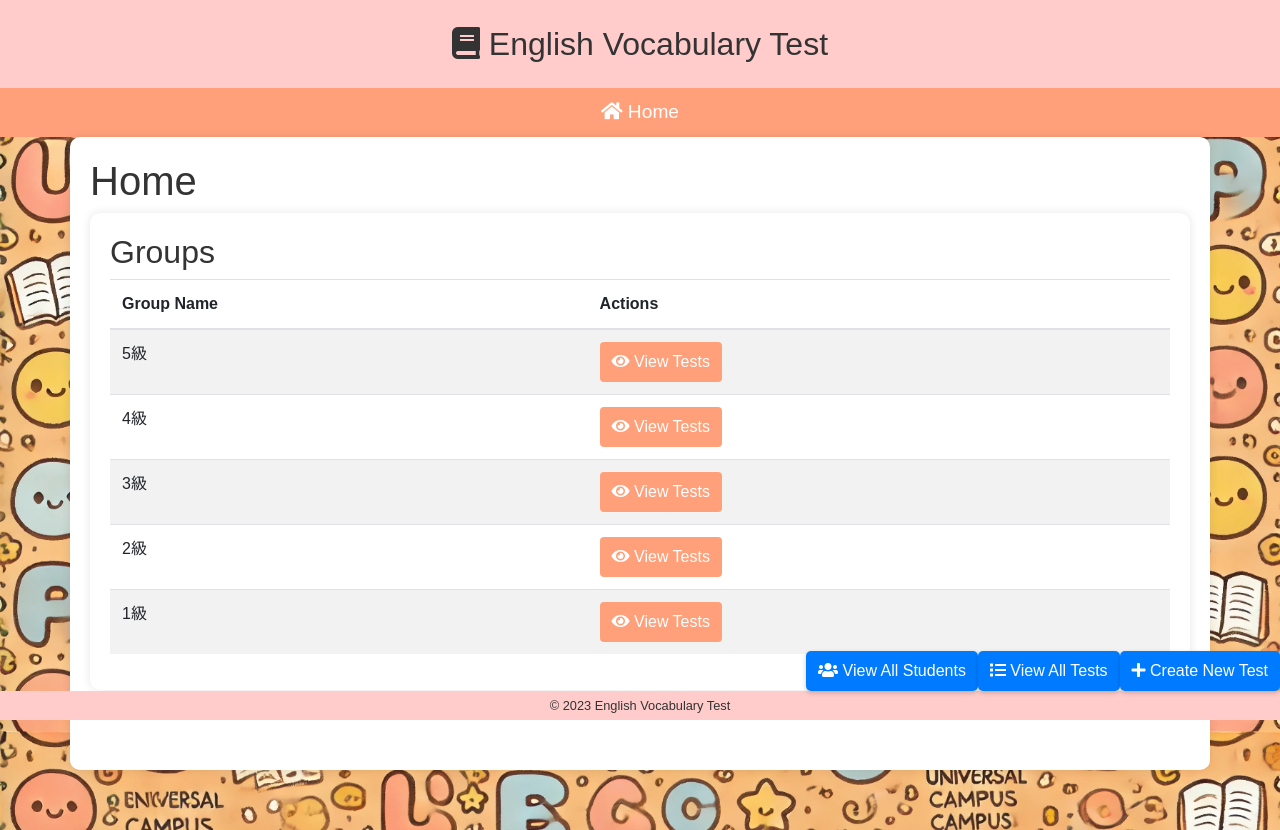
Repository: YamatoGH/testapp
Page: http://localhost/
The author's editor kept a copy of each file at every save. The page is drawn from the files as they stood at one save, then again after the next save.
The browser window is 1280 px wide. The pictures show the whole page.
Backgrounds fixed to the window are drawn as part of the page. The page is served by the project's application, run on Django 5.2 (manage.py). Other server files are loaded and not shown. The page reads the database file committed with the project.

Above is the page before, as saved 2024-08-01 17:56:39.

### testapp/templates/testapp/home.html
{% extends "testapp/base.html" %}

{% block title %}Home{% endblock %}

{% block content %}
<h1>Home</h1>

<div class="container">
    {% if groups %}
        <h2>Groups</h2>
        <table class="table table-striped table-hover">
            <thead>
                <tr>
                    <th>Group Name</th>
                    <th>Actions</th>
                </tr>
            </thead>
            <tbody>
                {% for group in groups %}
                <tr>
                    <td>{{ group.name }}</td>
                    <td>
                        <a href="{% url 'group_tests' group.id %}" class="btn btn-custom"><i class="fas fa-eye"></i> View Tests</a>
                    </td>
                </tr>
                {% endfor %}
            </tbody>
        </table>
    {% else %}
        <p>No groups available.</p>
    {% endif %}
</div>

<div class="fixed-buttons">
    <a href="{% url 'student_list' %}" class="btn btn-custom view-all-students-button"><i class="fas fa-users"></i> View All Students</a>
    <a href="{% url 'all_tests' %}" class="btn btn-custom all-tests-button"><i class="fas fa-list"></i> View All Tests</a>
    <a href="{% url 'create_test_from_file' %}" class="btn btn-custom create-test-button"><i class="fas fa-plus"></i> Create New Test</a>
</div>
{% endblock %}

### testapp/templates/testapp/base.html
<!DOCTYPE html>
<html>
<head>
    {% load static %}
    <title>{% block title %}English Vocabulary Test{% endblock %}</title>
    <link rel="stylesheet" href="https://stackpath.bootstrapcdn.com/bootstrap/4.3.1/css/bootstrap.min.css">
    <link rel="stylesheet" href="https://cdnjs.cloudflare.com/ajax/libs/font-awesome/5.15.3/css/all.min.css">
    <link rel="stylesheet" type="text/css" href="{% static 'testapp/css/style.css' %}">
</head>
<body>
    <header>
        <i class="fas fa-book"></i> English Vocabulary Test
    </header>
    <nav>
        <a href="{% url 'home' %}"><i class="fas fa-home"></i> Home</a>
    </nav>
    <div class="container">
        {% block content %}{% endblock %}
    </div>
    <footer>
        &copy; 2023 English Vocabulary Test
    </footer>
</body>
<script>
    document.addEventListener("DOMContentLoaded", function() {
        var coll = document.getElementsByClassName("collapsible");
        for (var i = 0; i < coll.length; i++) {
            coll[i].addEventListener("click", function() {
                this.classList.toggle("active");
                var content = this.nextElementSibling;
                if (content.style.display === "block") {
                    content.style.display = "none";
                } else {
                    content.style.display = "block";
                }
            });
        }
    });
</script>
</html>

### testapp/models.py
from django.db import models

class Group(models.Model):
    name = models.CharField(max_length=100)

    def __str__(self):
        return self.name

class Test(models.Model):
    name = models.CharField(max_length=100)
    group = models.ForeignKey(Group, on_delete=models.CASCADE, related_name='tests', null=True)

    def __str__(self):
        return self.name

class Word(models.Model):
    test = models.ForeignKey(Test, related_name='words', on_delete=models.CASCADE)
    word = models.CharField(max_length=100)
    meaning = models.CharField(max_length=255)

class Student(models.Model):
    name = models.CharField(max_length=100)
    test_group = models.ForeignKey('Group', on_delete=models.SET_NULL, null=True, blank=True)
    current_test = models.ForeignKey('Test', on_delete=models.SET_NULL, null=True, blank=True)
    start_index = models.IntegerField(default=0)
    last_index = models.IntegerField(default=0)
    last_saved = models.DateTimeField(auto_now=True)
    note = models.TextField(blank=True, null=True)
    shuffle = models.CharField(max_length=3, choices=[('yes', 'Yes'), ('no', 'No')], default='no')

    def __str__(self):
        return self.name

### testapp/views.py
import pandas as pd
from django.shortcuts import render, get_object_or_404, redirect
from django.contrib import messages
from .models import Test, Word, Student, Group
from .forms import TestForm, WordForm, StudentDetailForm, UploadFileForm
import random
from django.forms import formset_factory

def home(request):
    groups = Group.objects.all()
    return render(request, 'testapp/home.html', {'groups': groups})
def create_test_from_file(request):
    if request.method == 'POST':
        form = TestForm(request.POST, request.FILES)
        upload_form = UploadFileForm(request.POST, request.FILES)
        if form.is_valid() and upload_form.is_valid():
            test_name = form.cleaned_data['name']
            group = form.cleaned_data['group']
            file = request.FILES['file']
            if file.name.endswith('.csv'):
                data = pd.read_csv(file)
            elif file.name.endswith('.xlsx'):
                data = pd.read_excel(file)
            else:
                messages.error(request, "Unsupported file format")
                return redirect('create_test_from_file')

            test = Test.objects.create(name=test_name, group=group)

            for _, row in data.iterrows():
                Word.objects.create(test=test, word=row['word'], meaning=row['meaning'])

            messages.success(request, "Test created successfully")
            return redirect('test_detail', pk=test.id)
    else:
        form = TestForm()
        upload_form = UploadFileForm()

    return render(request, 'testapp/create_test_from_file.html', {'form': form, 'upload_form': upload_form})
def test_detail(request, pk):
    test = get_object_or_404(Test, pk=pk)
    words = test.words.all()
    return render(request, 'testapp/test_detail.html', {'test': test, 'words': words})

def all_tests(request):
    tests = Test.objects.all()
    return render(request, 'testapp/all_tests.html', {'tests': tests})

def print_test(request, pk, start_index, end_index, shuffle):
    test = get_object_or_404(Test, pk=pk)
    words = list(test.words.all())
    if shuffle == 'yes':
        random.shuffle(words)
    words = words[start_index:end_index]
    return render(request, 'testapp/print_test.html', {'test': test, 'words': words})

def print_test_with_answers(request, pk, start_index, end_index, shuffle):
    test = get_object_or_404(Test, pk=pk)
    words = list(test.words.all())
    if shuffle == 'yes':
        random.shuffle(words)
    words = words[start_index:end_index]
    return render(request, 'testapp/print_test_with_answers.html', {'test': test, 'words': words})

def add_student(request):
    if request.method == 'POST':
        form = StudentDetailForm(request.POST)
        if form.is_valid():
            form.save()
            return redirect('student_list')
        else:
            messages.error(request, "Form is not valid")
    else:
        form = StudentDetailForm()
    return render(request, 'testapp/add_student.html', {'form': form})

def student_list(request):
    students = Student.objects.all()
    return render(request, 'testapp/student_list.html', {'students': students})

def student_detail(request, pk):
    student = get_object_or_404(Student, pk=pk)
    if request.method == 'POST':
        form = StudentDetailForm(request.POST, instance=student)
        if form.is_valid():
            form.save()
            messages.success(request, '保存に成功しました。')
            if 'print' in request.POST:
                return redirect('print_test', pk=student.current_test.pk, start_index=form.cleaned_data['start_index'], end_index=form.cleaned_data['last_index'], shuffle=form.cleaned_data['shuffle'])
            else:
                return redirect('student_detail', pk=student.pk)
        else:
            messages.error(request, "Form is not valid")
            print(form.errors)  # デバッグ用
    else:
        form = StudentDetailForm(instance=student)

    return render(request, 'testapp/student_detail.html', {'form': form, 'student': student})

def group_tests(request, pk):
    group = get_object_or_404(Group, pk=pk)
    tests = group.tests.all()
    return render(request, 'testapp/group_tests.html', {'group': group, 'tests': tests})

### vocab_test/urls.py
"""
URL configuration for vocab_test project.

The `urlpatterns` list routes URLs to views. For more information please see:
    https://docs.djangoproject.com/en/5.0/topics/http/urls/
Examples:
Function views
    1. Add an import:  from my_app import views
    2. Add a URL to urlpatterns:  path('', views.home, name='home')
Class-based views
    1. Add an import:  from other_app.views import Home
    2. Add a URL to urlpatterns:  path('', Home.as_view(), name='home')
Including another URLconf
    1. Import the include() function: from django.urls import include, path
    2. Add a URL to urlpatterns:  path('blog/', include('blog.urls'))
"""
from django.contrib import admin
from django.urls import include, path
from django.conf import settings
from django.conf.urls.static import static

urlpatterns = [
    path('admin/', admin.site.urls),
    path('', include('testapp.urls')),
]+ static(settings.MEDIA_URL, document_root=settings.MEDIA_ROOT)

### testapp/urls.py
from django.urls import path
from . import views

urlpatterns = [
    path('', views.home, name='home'),
    path('create-test-from-file/', views.create_test_from_file, name='create_test_from_file'),
    path('test/<int:pk>/', views.test_detail, name='test_detail'),
    path('all-tests/', views.all_tests, name='all_tests'),
    path('print-test/<int:pk>/<int:start_index>/<int:end_index>/<str:shuffle>/', views.print_test, name='print_test'),
    path('print-test-with-answers/<int:pk>/<int:start_index>/<int:end_index>/<str:shuffle>/', views.print_test_with_answers, name='print_test_with_answers'),
    path('add-student/', views.add_student, name='add_student'),
    path('students/', views.student_list, name='student_list'),
    path('students/<int:pk>/', views.student_detail, name='student_detail'),
    path('group-tests/<int:pk>/', views.group_tests, name='group_tests'),
]

### testapp/static/testapp/css/style.css
body {
    font-family: 'Comic Sans MS', cursive, sans-serif;
    background-color: #f0f8ff;
    color: #333;
    margin: 0;
    padding: 0;
    background-image: url('/static/testapp/images/background.jpg');
    background-size: cover;
    background-repeat: no-repeat;
    background-attachment: fixed;
    display: flex;
    flex-direction: column;
    min-height: 100vh;
}

header {
    background-color: #ffcccb;
    padding: 20px;
    text-align: center;
    font-size: 2em;
    color: #333;
}

nav {
    background-color: #ffa07a;
    padding: 10px;
    text-align: center;
}

nav a {
    margin: 0 15px;
    color: #fff;
    text-decoration: none;
    font-size: 1.2em;
}

nav a:hover {
    text-decoration: underline;
}

.container {
    flex: 1;
    padding: 20px;
    background-color: rgba(255, 255, 255, 1.0);
    border-radius: 10px;
    box-shadow: 0 0 10px rgba(0, 0, 0, 0.1);
    margin-bottom: 60px;
}

footer {
    background-color: #ffcccb;
    padding: 5px;
    text-align: center;
    font-size: 0.8em;
    position: fixed;
    width: 100%;
    bottom: 0;
}

form .btn-save {
    background-color: #28a745 !important;
    color: white !important;
    padding: 10px 20px !important;
    border: none !important;
    text-align: center !important;
    text-decoration: none !important;
    display: inline-block !important;
    font-size: 16px !important;
    margin: 4px 2px !important;
    transition-duration: 0.4s !important;
    cursor: pointer !important;
}

form .btn-save:hover {
    background-color: white !important;
    color: black !important;
    border: 2px solid #28a745 !important;
}

form .btn-print {
    background-color: #87CEEB !important;
    color: white !important;
    padding: 10px 20px !important;
    border: none !important;
    text-align: center !important;
    text-decoration: none !important;
    display: inline-block !important;
    font-size: 16px !important;
    margin: 4px 2px !important;
    transition-duration: 0.4s !important;
    cursor: pointer !important;
}

form .btn-print:hover {
    background-color: white !important;
    color: black !important;
    border: 2px solid #87CEEB !important;
}

.btn-custom {
    background-color: #ffa07a !important;
    color: white !important;
    padding: 8px 12px !important;
    border: none !important;
    text-align: center !important;
    text-decoration: none !important;
    display: inline-block !important;
    font-size: 16px !important;
    margin: 0 !important;
    transition-duration: 0.4s !important;
    cursor: pointer !important;
    border-radius: 0.25rem !important; /* Bootstrapのデフォルトと一致させる */
}

.btn-custom:hover {
    background-color: white !important;
    color: black !important;
    border: 2px solid #ffa07a !important;
}


.collapsible {
    cursor: pointer;
    padding: 10px;
    width: 100%;
    border: none;
    text-align: center;
    outline: none;
    font-size: 1em;
}

.active, .collapsible:hover {
    background-color: #ddd;
}

.collapsible-content {
    display: none;
    overflow: hidden;
    padding: 0 10px;
}

.fixed-buttons {
    position: fixed !important;
    bottom: 29px !important;
    right: 0px !important;
    display: flex !important;
    flex-direction: row !important;
    gap: 0 !important;
    align-items: center !important;
    z-index: 1000 !important;
    padding: 0 !important;
}

.fixed-buttons .btn-custom {
    background-color: #007bff !important;
    color: white !important;
    padding: 8px 12px !important;
    border-radius: 5px !important;
    text-decoration: none !important;
    box-shadow: 0 2px 5px rgba(0,0,0,0.2) !important;
    transition: background-color 0.3s ease !important;
}

.fixed-buttons .btn-custom:hover {
    background-color: #0056b3 !important;
}

.view-all-students-button,
.all-tests-button,
.create-test-button {
    margin: 0 !important;
}

.form-group {
    display: flex !important;
    align-items: center !important;
}

.form-group button,
.form-group .btn-custom {
    margin-left: 10px !important;
}

.note-field {
    width: 100%;
    max-width: 400px; /* 必要に応じて調整 */
    height: 50px;
}

.alert {
    position: fixed;
    bottom: 5px;
    left: 50%;
    transform: translateX(-50%);
    background-color: #28a745;
    color: white;
    padding: 10px 20px;
    border-radius: 5px;
    box-shadow: 0 2px 5px rgba(0, 0, 0, 0.2);
    z-index: 1000;
    transition: opacity 0.5s ease-out, display 0.5s ease-out;
}

.btn-create {
    background-color: #28a745; /* Green color */
    border: none;
    color: white;
    padding: 10px 20px;
    text-align: center;
    text-decoration: none;
    display: inline-block;
    font-size: 16px;
    margin: 4px 2px;
    transition-duration: 0.4s;
    cursor: pointer;
}

.btn-create:hover {
    background-color: #218838; /* Darker green */
    color: white;
    border: 2px solid #218838;
}

.btn-add-words {
    background-color: #007bff; /* Light blue color */
    border: none;
    color: white;
    padding: 10px 20px;
    text-align: center;
    text-decoration: none;
    display: inline-block;
    font-size: 16px;
    margin: 4px 2px;
    transition-duration: 0.4s;
    cursor: pointer;
}

.btn-add-words:hover {
    background-color: #0056b3; /* Darker blue */
    color: white;
    border: 2px solid #0056b3;
}

### db.sqlite3 (the tables this page reads, as SQL)
CREATE TABLE "testapp_group" ("id" integer NOT NULL PRIMARY KEY AUTOINCREMENT, "name" varchar(100) NOT NULL);
INSERT INTO "testapp_group" VALUES
(3, '5級'),
(5, '4級'),
(6, '3級'),
(7, '2級'),
(8, '1級');

After the next save:
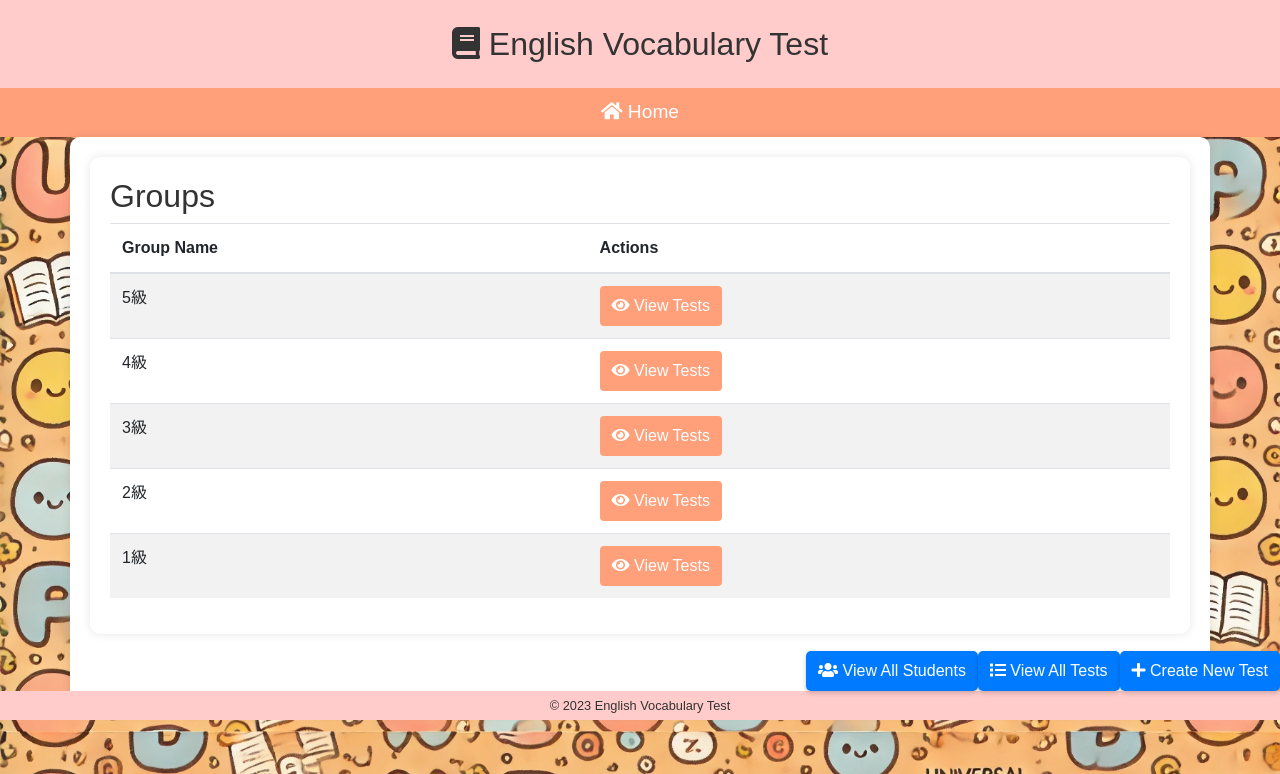
Saved 20 s later.
--- a/testapp/templates/testapp/home.html
+++ b/testapp/templates/testapp/home.html
@@ -3,7 +3,6 @@
 {% block title %}Home{% endblock %}
 
 {% block content %}
-<h1>Home</h1>
 
 <div class="container">
     {% if groups %}
